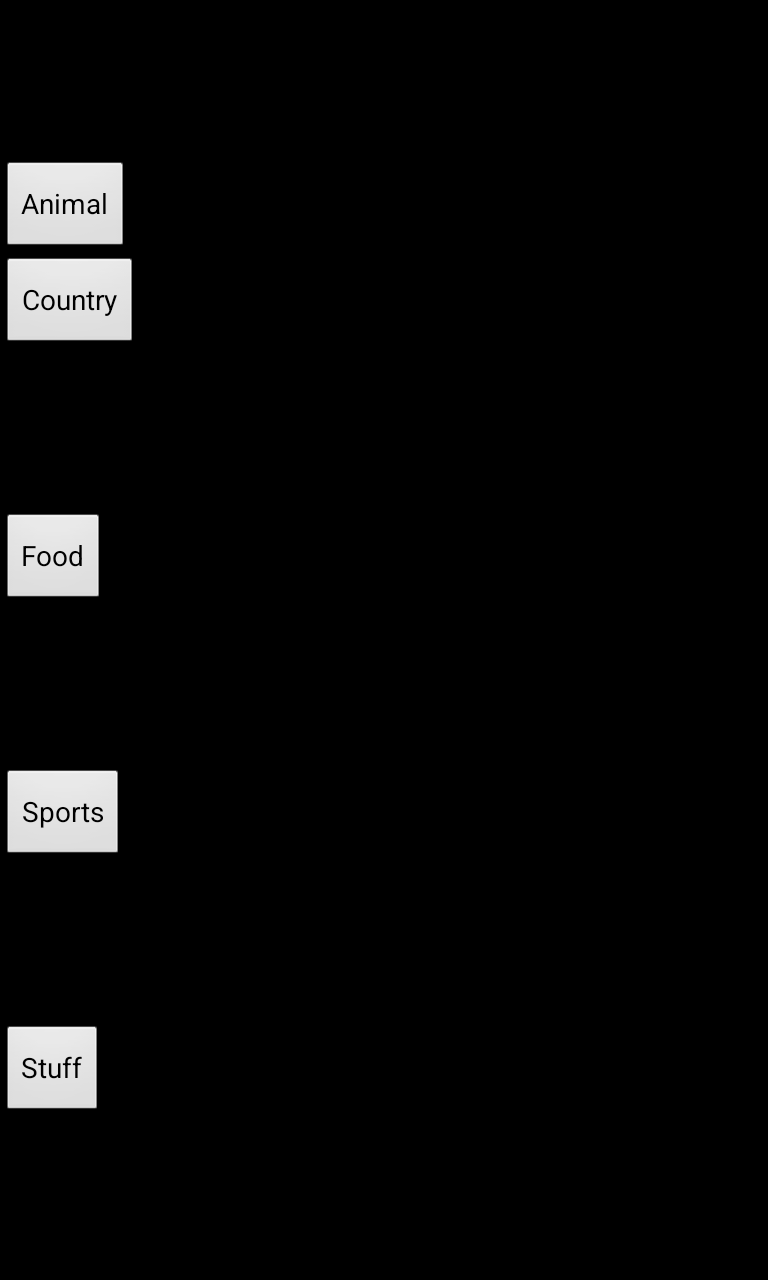
Repository: aster9725/HK-CityU-SummerExchange
Layout: Copy of WordQuiz/res/layout/activity_category.xml
An editor plug-in stored every save of this project. The layout is shown before and after the next save, followed by the edit.
It is drawn on a 768 x 1280 px phone screen (xhdpi) without system bars, with theme android:Theme; the app's code is not run.

Above is the layout before, as saved 2014-07-24 09:53:57.

### Copy of WordQuiz/res/layout/activity_category.xml
<?xml version="1.0" encoding="utf-8"?>
<LinearLayout xmlns:android="http://schemas.android.com/apk/res/android"
    android:layout_width="match_parent"
    android:layout_height="match_parent"
    android:orientation="vertical" >

    <LinearLayout
        android:layout_width="match_parent"
        android:layout_height="wrap_content"
        android:layout_weight="1"
        android:orientation="horizontal" >

        <Button
            android:id="@+id/category_animal"
            android:layout_width="wrap_content"
            android:layout_height="wrap_content"
            android:layout_gravity="center_horizontal|center_vertical"
            android:layout_marginTop="40dp"
            android:text="Animal" />
    </LinearLayout>

    <LinearLayout
        android:layout_width="match_parent"
        android:layout_height="wrap_content"
        android:layout_weight="1"
        android:orientation="horizontal" >

        <Button
            android:id="@+id/category_country"
            android:layout_width="wrap_content"
            android:layout_height="wrap_content"
            android:layout_gravity="center_horizontal"
            android:layout_marginTop="40dp"
            android:text="Country" />
    </LinearLayout>

    <LinearLayout
        android:layout_width="match_parent"
        android:layout_height="wrap_content"
        android:layout_weight="1"
        android:orientation="horizontal" >

        <Button
            android:id="@+id/category_food"
            android:layout_width="wrap_content"
            android:layout_height="wrap_content"
            android:layout_gravity="center_horizontal"
            android:layout_marginTop="40dp"
            android:text="Food" />
    </LinearLayout>

    <LinearLayout
        android:layout_width="match_parent"
        android:layout_height="wrap_content"
        android:layout_weight="1"
        android:orientation="horizontal" >

        <Button
            android:id="@+id/category_sport"
            android:layout_width="wrap_content"
            android:layout_height="wrap_content"
            android:layout_gravity="center_horizontal"
            android:layout_marginTop="40dp"
            android:text="Sports" />
    </LinearLayout>

    <LinearLayout
        android:layout_width="match_parent"
        android:layout_height="wrap_content"
        android:layout_weight="1"
        android:orientation="horizontal" >

        <Button
            android:id="@+id/category_stuff"
            android:layout_width="wrap_content"
            android:layout_height="wrap_content"
            android:layout_gravity="center_horizontal"
            android:layout_marginTop="40dp"
            android:text="Stuff" />
    </LinearLayout>

</LinearLayout>

After the next save:
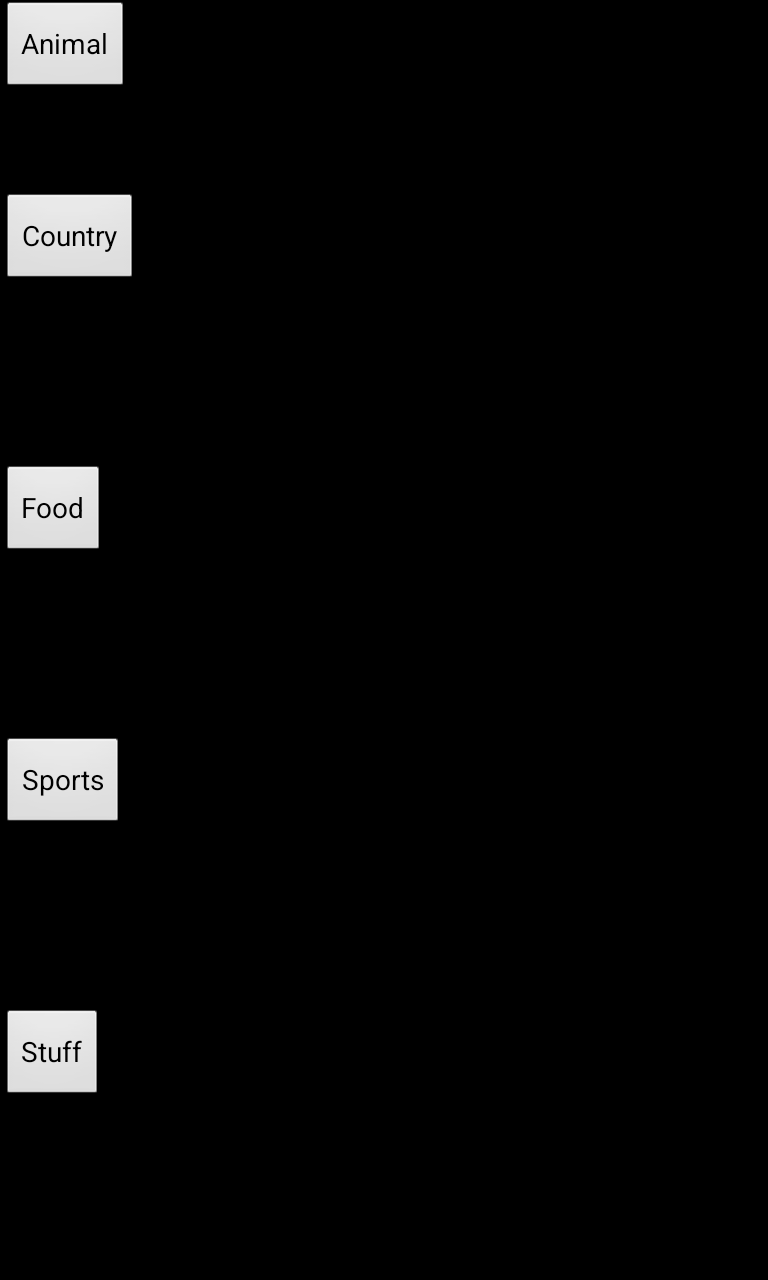
Saved 36 s later.
--- a/Copy of WordQuiz/res/layout/activity_category.xml
+++ b/Copy of WordQuiz/res/layout/activity_category.xml
@@ -14,8 +14,8 @@
             android:id="@+id/category_animal"
             android:layout_width="wrap_content"
             android:layout_height="wrap_content"
-            android:layout_gravity="center_horizontal|center_vertical"
-            android:layout_marginTop="40dp"
+            android:layout_gravity="center_horizontal"
+            android:gravity="center_vertical|center_horizontal"
             android:text="Animal" />
     </LinearLayout>
 
